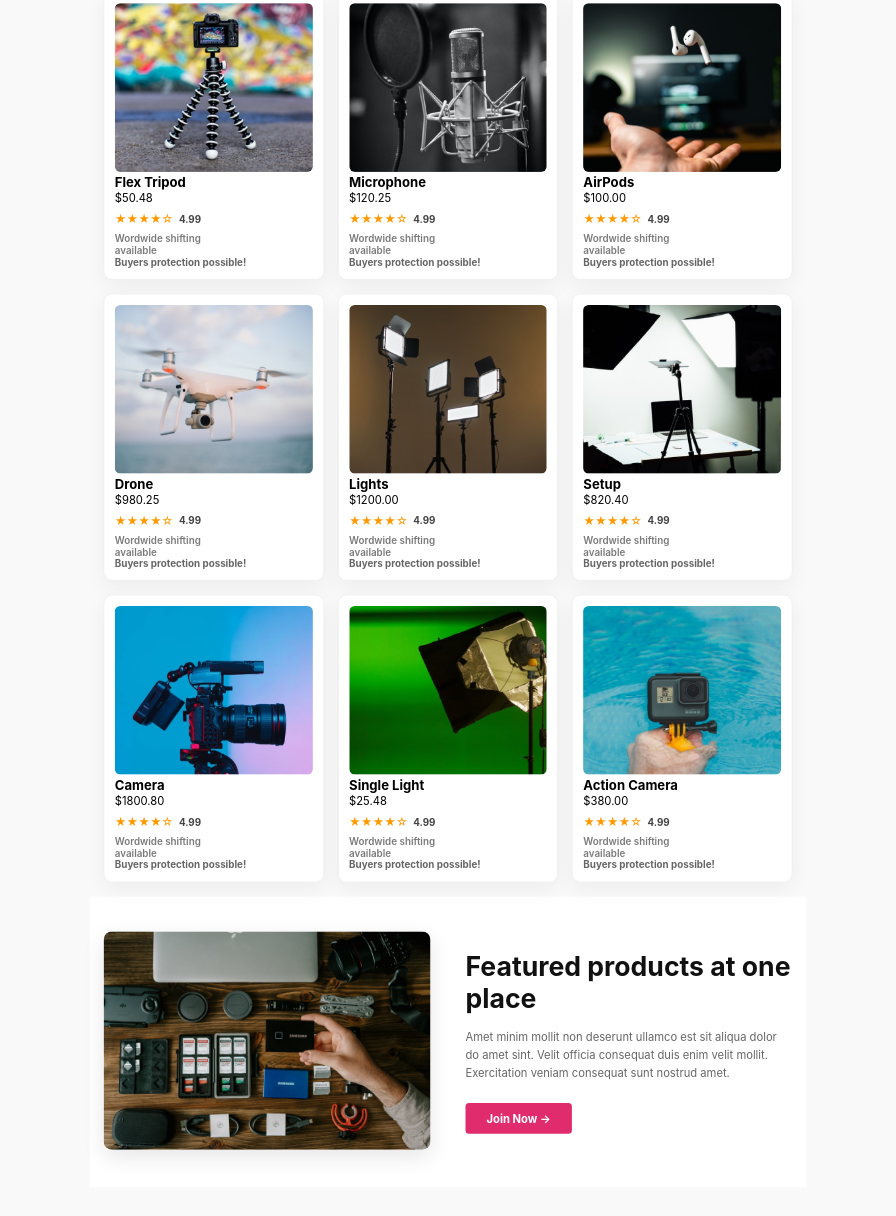
Repository: Saiful21Islam/Influencer-products
Page: it.html
An editor plug-in stored every save of this project. The page is shown before and after the next save, followed by the edit.
The browser window is 1280 px wide. The pictures show the part of the page from y = 1031 to 2951 px (the page is 2768 px tall before and 2951 px after), at 70% of full size.

Above is the page before, as saved 2026-03-11 11:46:44.

### it.html
<!DOCTYPE html>
<html lang="en">

<head>
    <meta charset="UTF-8">
    <meta name="viewport" content="width=device-width, initial-scale=1.0">
    <title>Influencer Products</title>
    <link rel="stylesheet" href="style.css">
    <link rel="stylesheet" href="https://cdnjs.cloudflare.com/ajax/libs/font-awesome/6.0.0/css/all.min.css">
</head>
<style>
    * {
        margin: 0;
        padding: 0;
        box-sizing: border-box;
        font-family: 'Inter', sans-serif;
    }

    body {
        background-color: #f9f9f9;
        padding: 40px 10%;
    }
    .product-grid {
        display: grid;
        grid-template-columns: repeat(3, 1fr);
        gap: 30px;
    }
    .product-card {
        background: #fff;
        padding: 15px;
        border-radius: 12px;
        text-align: left;
        box-shadow: 0 10px 30px rgba(0, 0, 0, 0.05);
        transition: 0.3s;
    }

    .product-card:hover {
        transform: translateY(-5px);
    }

    .thumbnail {
        width: 100%;
        height: auto;
        border-radius: 8px;
        overflow: hidden;
        margin-bottom: 15px;
    }

    .thumbnail img {
        width: 100%;
        height: 100%;
        object-fit: cover;
    }

    .card-content h3 {
        font-size: 22px;
        color: #3A3A3A;
        margin-bottom: 5px;
    }

    .price {
        font-size: 20px;
        font-weight: 500;
        margin-bottom: 10px;
    }
    .rating {
        display: flex;
        align-items: center;
        gap: 5px;
        margin-bottom: 10px;
    }

    .rating i {
        color: #FF9800;
        font-size: 14px;
    }

    .rating-number {
        color: #787885;
        font-size: 14px;
    }

    .desc {
        color: #787885;
        font-size: 14px;
        line-height: 1.5;
    }

    @media (max-width: 768px) {
        .product-grid {

            grid-template-columns: repeat(1, 1fr);
        }
    }
</style>

<body>

    <nav class="navbar">
        <a href="#" class="logo">Influencer products</a>
        <ul class="nav-links">
            <li><a href="#">Home</a></li>
            <li><a href="#">Products</a></li>
            <li><a href="#">Sign up</a></li>
            <li><a href="#">Log In</a></li>
            <div class="nav-icons">
                <i class="fa-solid fa-magnifying-glass"></i>
                <div class="cart-icon"><i class="fa-solid fa-cart-shopping"></i><span class="cart-dot"></span></div>
            </div>
        </ul>
    </nav>

    <header class="hero">
        <div class="hero-content">
            <h1>Start your Journey as Influencer</h1>
            <p>Lorem ipsum dolor sit amet, consectetur adipiscing elit. Sem vestibulum sed scelerisque eros. Lectus
                faucibus.</p>
            <a href="#" class="btn-pink">Preebook now <i class="fa-solid fa-arrow-right"></i></a>
        </div>
        <div class="hero-image-container">
            <img src="images/Circle design.svg" alt="Circle Background" class="circle-image">

            <img src="images/main-camera.png" alt="Fujifilm Camera" class="camera-image">
        </div>
        </div>
        </div>
    </header>

    <section class="brand-section">
        <div class="logos-container">
            <img src="logos/Alibaba.svg" alt="Brands">
            <img src="logos/amazon.svg" alt="Brands">
            <img src="logos/Daraz.pk Logo.svg" alt="Brands">
            <img src="logos/ebay.svg" alt="Brands">
            <img src="logos/Rakuten.svg" alt="Brands">
            <img src="logos/Target.svg" alt="Brands">
            <img src="logos/Walmart.svg" alt="Brands">
        </div>
    </section>

    <section class="collection-section">
        <h2 class="title">Popular Collection</h2>
        <div class="product-container">
            <div class="product-card">
                <img src="images/tripod.png" alt="Tripod">
                <h3>Flex Tripod</h3>
                <p>$50.48</p>
                <div class="stars">
                    ★★★★☆ <span class="rating-num">4.99</span>
                </div>

                <p class="details">Wordwide shifting</p>
                <p class="details">available</p>
                <p class="details">Buyers protection possible!</p>
            </div>

            <div class="product-card">
                <img src="images/mic.png" alt="Microphone">
                <h3>Microphone</h3>
                <p>$120.25</p>
                <div class="stars">
                    ★★★★☆ <span class="rating-num">4.99</span>
                </div>

                <p class="details">Wordwide shifting</p>
                <p class="details">available</p>
                <p class="details">Buyers protection possible!</p>
            </div>

            <div class="product-card">
                <img src="images/airpod.png" alt="airpod">
                <h3>AirPods</h3>
                <p>$100.00</p>
                <div class="stars">
                    ★★★★☆ <span class="rating-num">4.99</span>
                </div>

                <p class="details">Wordwide shifting</p>
                <p class="details">available</p>
                <p class="details">Buyers protection possible!</p>
            </div>

            <div class="product-card">
                <img src="images/drone.png" alt="drone">
                <h3>Drone</h3>
                <p>$980.25</p>
                <div class="stars">
                    ★★★★☆ <span class="rating-num">4.99</span>
                </div>

                <p class="details">Wordwide shifting</p>
                <p class="details">available</p>
                <p class="details">Buyers protection possible!</p>
            </div>

            <div class="product-card">
                <img src="images/lights.png" alt="Lights">
                <h3>Lights</h3>
                <p>$1200.00</p>
                <div class="stars">
                    ★★★★☆ <span class="rating-num">4.99</span>
                </div>

                <p class="details">Wordwide shifting</p>
                <p class="details">available</p>
                <p class="details">Buyers protection possible!</p>
            </div>

            <div class="product-card">
                <img src="images/setup.png" alt="Setup">
                <h3>Setup</h3>
                <p>$820.40</p>
                <div class="stars">
                    ★★★★☆ <span class="rating-num">4.99</span>
                </div>

                <p class="details">Wordwide shifting</p>
                <p class="details">available</p>
                <p class="details">Buyers protection possible!</p>
            </div>

            <div class="product-card">
                <img src="images/camera.png" alt="Camera">
                <h3>Camera</h3>
                <p>$1800.80</p>
                <div class="stars">
                    ★★★★☆ <span class="rating-num">4.99</span>
                </div>

                <p class="details">Wordwide shifting</p>
                <p class="details">available</p>
                <p class="details">Buyers protection possible!</p>
            </div>

            <div class="product-card">
                <img src="images/single-light.png" alt="Single Light">
                <h3>Single Light</h3>
                <p>$25.48</p>
                <div class="stars">
                    ★★★★☆ <span class="rating-num">4.99</span>
                </div>

                <p class="details">Wordwide shifting</p>
                <p class="details">available</p>
                <p class="details">Buyers protection possible!</p>
            </div>

            <div class="product-card">
                <img src="images/action.png" alt="Action Camera">
                <h3>Action Camera</h3>
                <p>$380.00</p>
                <div class="stars">
                    ★★★★☆ <span class="rating-num">4.99</span>
                </div>

                <p class="details">Wordwide shifting</p>
                <p class="details">available</p>
                <p class="details">Buyers protection possible!</p>
            </div>

        </div>
    </section>
    </section>
    <section class="featured-section">
    <div class="featured-container">
        <div class="featured-image">
            <img src="images/gear.png" alt="Featured Gear">
        </div>

        <div class="featured-content">
            <h2>Featured products at one place</h2>
            <p>Amet minim mollit non deserunt ullamco est sit aliqua dolor do amet sint. Velit officia consequat duis enim velit mollit. Exercitation veniam consequat sunt nostrud amet.</p>
            <a href="#" class="join-btn">Join Now &rarr;</a>
        </div>
    </div>
</section>



</body>

</html>

### style.css
.hero {
    display: flex;
    align-items: center;
    justify-content: space-around;
    padding: 50px 10%;
    background-color: #fff;
    min-height: 80vh;
    flex-wrap: wrap;
}

.hero-content {
    flex: 1;
    min-width: 300px;
}

.hero-content h1 {
    font-size: 52px;
    line-height: 1.2;
    margin-bottom: 20px;
    color: #3A3A3A;
}

.hero-content p {
    font-size: 16px;
    color: #6C6C6C;
    margin-bottom: 30px;
    max-width: 450px;
}

.btn-pink {
    background-color: #E02C6D;
    color: white;
    padding: 12px 25px;
    text-decoration: none;
    border-radius: 50px;
    font-weight: bold;
    display: inline-block;
}

.hero-image-container {
    flex: 1;
    position: relative;
    display: flex;
    justify-content: center;
    align-items: center;
    min-width: 300px;
}

.camera-image {
    width: 100%;
    max-width: 450px;
    position: relative;
    z-index: 2;
}

.circle-image {
    position: absolute;
    width: 110%;
    z-index: 1;
}

@media (max-width: 768px) {
    .hero {
        flex-direction: column-reverse;
        text-align: center;
        padding: 30px 5%;
    }
    .hero-content {
        margin-top: 30px;
    }
    .hero-content h1 {
        font-size: 32px;
    }
    .hero-image-container {
        width: 100%;
    }
    .camera-image {
        max-width: 300px;
    }
}
{
    margin: 0;
    padding: 0;
    box-sizing: border-box;
    font-family: 'Inter', sans-serif;
}

/* Navbar */
.navbar {
    display: flex;
    justify-content: space-between;
    padding: 20px 10%;
    align-items: center;
}
.logo { font-size: 24px; font-weight: bold; color: #3A3A3A; text-decoration: none; }
.nav-links { display: flex; list-style: none; align-items: center; }
.nav-links li { margin-left: 25px; }
.nav-links a { text-decoration: none; color: #3A3A3A; font-weight: 500; }
.nav-icons { display: flex; margin-left: 20px; gap: 20px; font-size: 18px; }

/* Hero */
.hero {
    display: flex;
    padding: 50px 10%;
    align-items: center;
}
.hero-content h1 { font-size: 52px; color: #3A3A3A; margin-bottom: 15px; }
.btn-pink {
    background: #E02C6D;
    color: white;
    padding: 10px 25px;
    border-radius: 50px;
    text-decoration: none;
    display: inline-block;
    margin-top: 20px;
}
.hero-image img { width: 400px; }

/* Brands */
.brand-section {
    padding: 40px 10%;
    border-top: 1px solid #eee;
    border-bottom: 1px solid #eee;
    margin: 50px 0;
}

.logos-container {
    display: flex;
    justify-content: space-between;
    align-items: center;
    flex-wrap: wrap;
}

.logos-container img {
    height: 35px;
    width: auto;
}

.hero-image-container {
    position: relative;
    width: 500px;
    height: 500px;
    display: flex;
    justify-content: center;
    align-items: center;
}

.circle-image {
    position: absolute;
    width: 450px;
    height: auto;
    z-index: 1;
    opacity: 0.8;
}
.camera-image {
    position: relative;
    width: 100%;
    max-width: 480px;
    z-index: 2;
    filter: drop-shadow(0 20px 30px rgba(0,0,0,0.1));
}

.product-container {
  display: flex;
  flex-wrap: wrap;
  gap: 20px;
  justify-content: center;
  padding: 20px;
}

.product-card {
  flex: 1 1 310px;
  max-width: 350px;
  background: #fff;
  border: 1px solid #eee;
  border-radius: 12px;
  padding: 15px;
  box-shadow: 0 5px 15px rgba(0,0,0,0.05);
  transition: transform 0.3s ease;
}

.product-card:hover {
  transform: translateY(-5px);
}

.product-card img {
  width: 100%;
  height: auto;
  border-radius: 8px;
}

@media (max-width: 768px) {
  .product-container {
    gap: 15px;
    padding: 10px;
  }
}

@media (max-width: 480px) {
  .product-card {
    flex: 1 1 100%;
    max-width: 100%;
    margin: 0 auto;
  }
}

.stars {
    display: flex;
    align-items: center;
    color: #FF9900;
    font-size: 16px;
    margin: 10px 0;
}

.star-half {
    position: relative;
    display: inline-block;
    color: #ccc;
}

.star-half::after {
    content: '★';
    position: absolute;
    left: 0;
    top: 0;
    width: 50%;
    overflow: hidden;
    color: #FF9900;
}

.rating-num {
    color: #444;
    font-size: 14px;
    font-weight: bold;
    margin-left: 8px;
}

.details {
    font-size: 14px;
    color: #7a7a7a;
    margin: 0;
    line-height: 1.2;
    font-weight: 600;
}

.details:last-child {
    font-weight: 700;
    color: #666;
}

.title {
    text-align: center;
    font-size: 28px;
    font-weight: 700;
    color: #333;
    margin-bottom: 40px;
}

.featured-section {
    padding: 50px 20px;
    background-color: #fff;
}

.featured-container {
    max-width: 1100px;
    margin: 0 auto;
    display: flex;
    align-items: center;
    gap: 50px;

.featured-image {
    flex: 1;
}

.featured-image img {
    width: 100%;
    border-radius: 12px;
    box-shadow: 0 10px 30px rgba(0,0,0,0.1);
}

.featured-content {
    flex: 1;
}

.featured-content h2 {
    font-size: 38px;
    color: #111;
    margin-bottom: 20px;
}

.featured-content p {
    font-size: 16px;
    color: #666;
    line-height: 1.6;
    margin-bottom: 30px;
}

.join-btn {
    display: inline-block;
    background-color: #E02C6D;
    color: white;
    padding: 12px 30px;
    text-decoration: none;
    font-weight: bold;
    border-radius: 5px;
    transition: 0.3s;
}

.join-btn:hover {
    background-color: #c2255c;
}

@media (max-width: 768px) {
    .featured-container {
        flex-direction: column;
        text-align: center;
        gap: 30px;
    }
    .featured-content h2 {
        font-size: 28px;
    }
}

/* সটিক এবং ফাইনাল কোড */
.main-footer {
    background-color: #0A0826 !important; /* ডার্ক ব্লু ব্যাকগ্রাউন্ড */
    color: #ffffff !important;
    text-align: center !important;
    padding: 60px 20px !important;
    margin-top: 50px !important;
    width: 100% !important;
    display: block !important;
}

.main-footer h3 {
    color: white !important;
    font-size: 24px;
    margin-bottom: 10px;
}

.main-footer p {
    color: rgba(255, 255, 255, 0.7) !important;
    font-size: 14px;
    line-height: 1.6;
}

.socials {
    display: flex !important;
    justify-content: center !important;
    gap: 15px;
    margin-top: 20px;
}

.socials i {
    background: rgba(255, 255, 255, 0.1) !important; /* হালকা গোল শেড */
    color: white !important;
    width: 40px;
    height: 40px;
    display: flex;
    align-items: center;
    justify-content: center;
    border-radius: 50%;
    font-size: 18px;
    cursor: pointer;
}

After the next save:
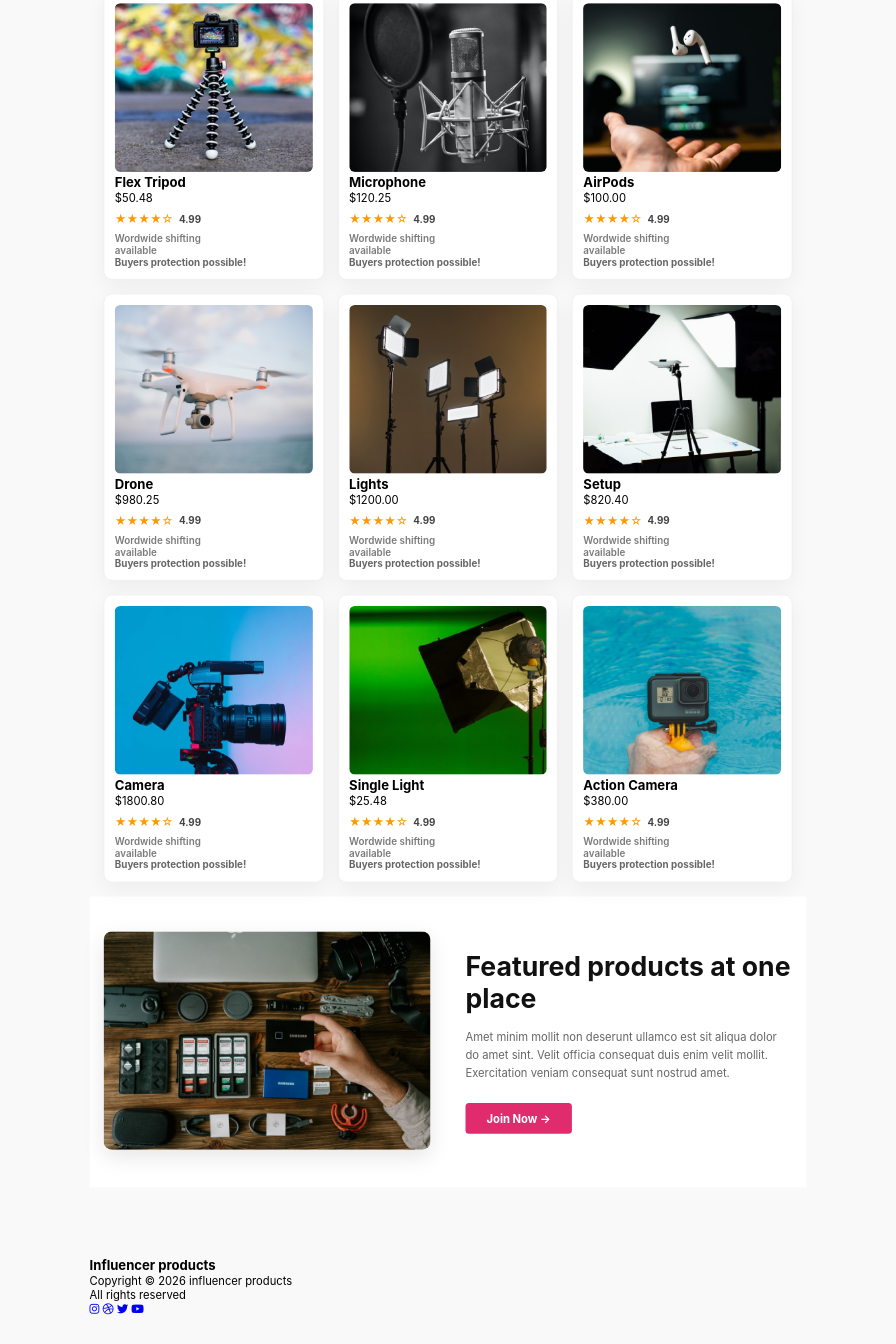
Saved 4 s later.
--- a/it.html
+++ b/it.html
@@ -275,7 +275,20 @@
     </div>
 </section>
 
-
+    <section style="padding: 50px 0;">
+    </section>
+
+<footer class="footer-area">
+    <h3>Influencer products</h3>
+    <p>Copyright © 2026 influencer products <br> All rights reserved</p>
+
+    <div class="social-links">
+        <a href="#"><i class="fa-brands fa-instagram"></i></a>
+        <a href="#"><i class="fa-brands fa-dribbble"></i></a>
+        <a href="#"><i class="fa-brands fa-twitter"></i></a>
+        <a href="#"><i class="fa-brands fa-youtube"></i></a>
+    </div>
+</footer>
 
 </body>
 
